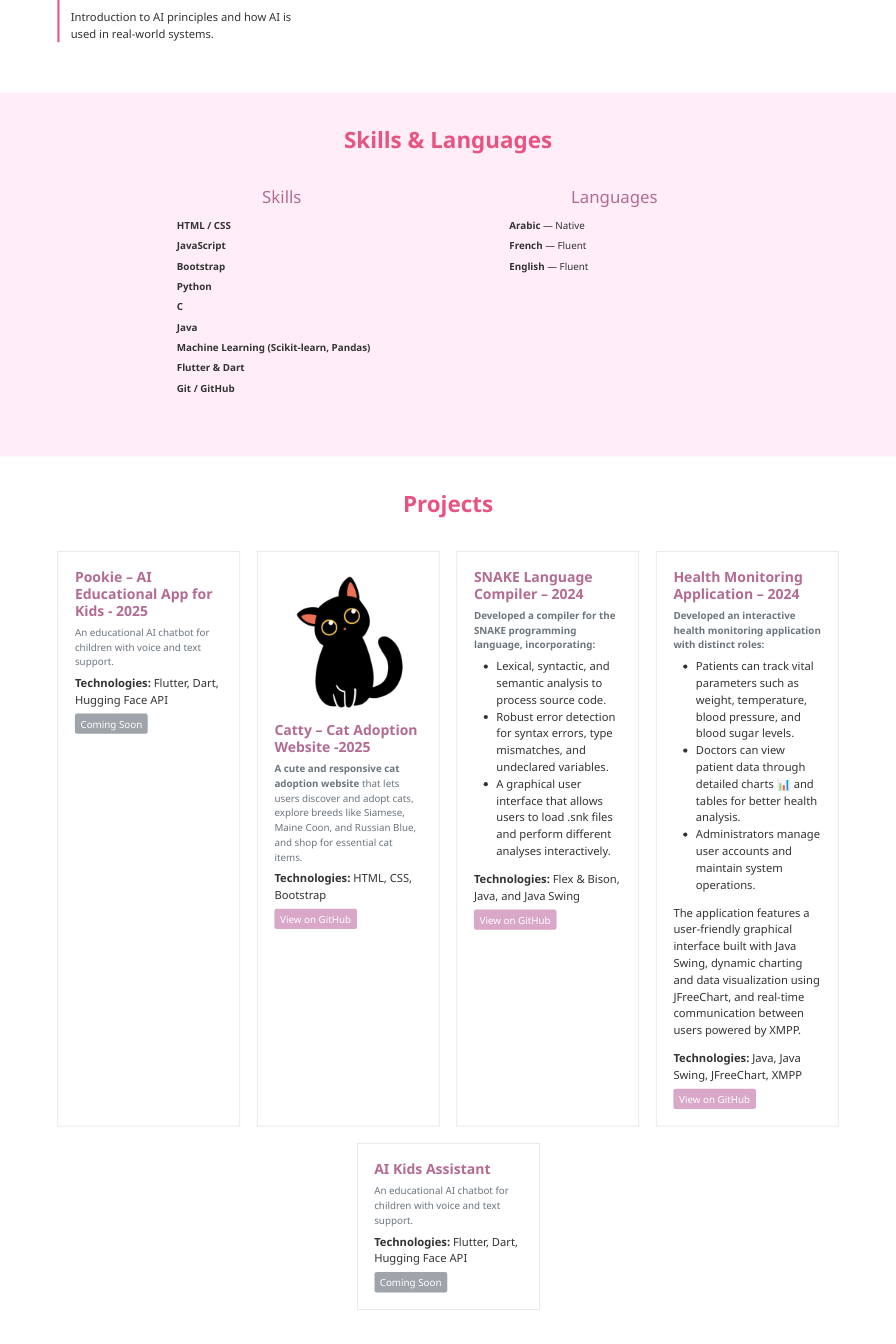
Repository: rihebtlh/portfolio
Page: new.html
The author's editor kept a copy of each file at every save. The page is drawn from the files as they stood at one save, then again after the next save.
The browser window is 1280 px wide. The pictures show the part of the page from y = 1985 to 3905 px (the page is 3905 px tall), at 70% of full size.

Above is the page before, as saved 2025-07-02 16:25:59.

After the next save:
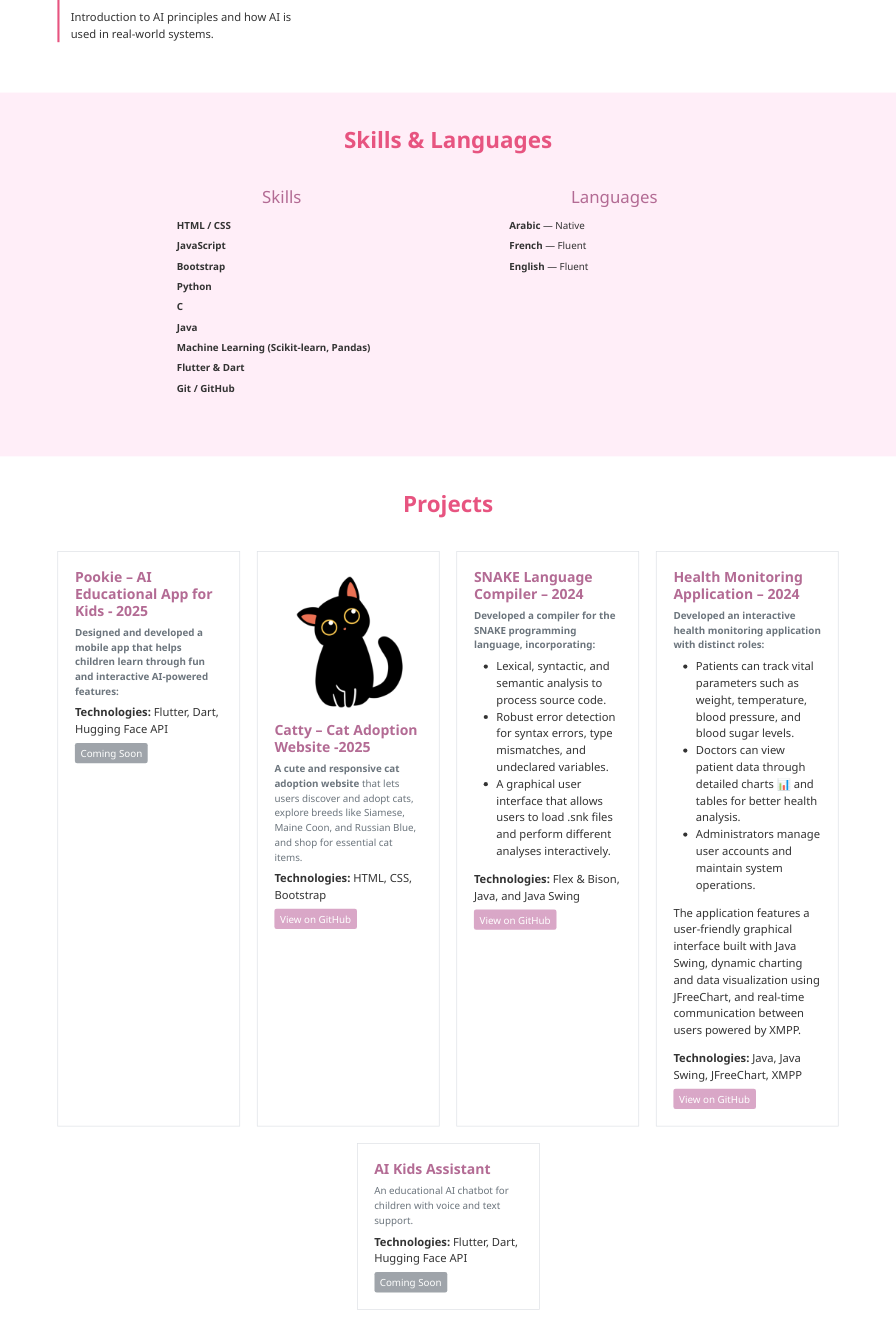
Saved 7 s later.
--- a/new.html
+++ b/new.html
@@ -264,7 +264,7 @@
           <div class="col-md-3">
             <div class="p-4 border rounded-4 h-100" style="border-color: #ffd6e8;">
               <h5 class="fw-bold" style="color: #b36b94;">Pookie – AI Educational App for Kids - 2025</h5>
-              <p class="text-muted small mb-2">An educational AI chatbot for children with voice and text support.</p>
+              <p class="text-muted small mb-2"><strong>Designed and developed a mobile app that helps children learn through fun and interactive AI-powered features:</strong></p>
               <p class="mb-2"><strong>Technologies:</strong> Flutter, Dart, Hugging Face API</p>
               <a href="#" target="_blank" class="btn btn-sm btn-secondary disabled">Coming Soon</a>
             </div>
